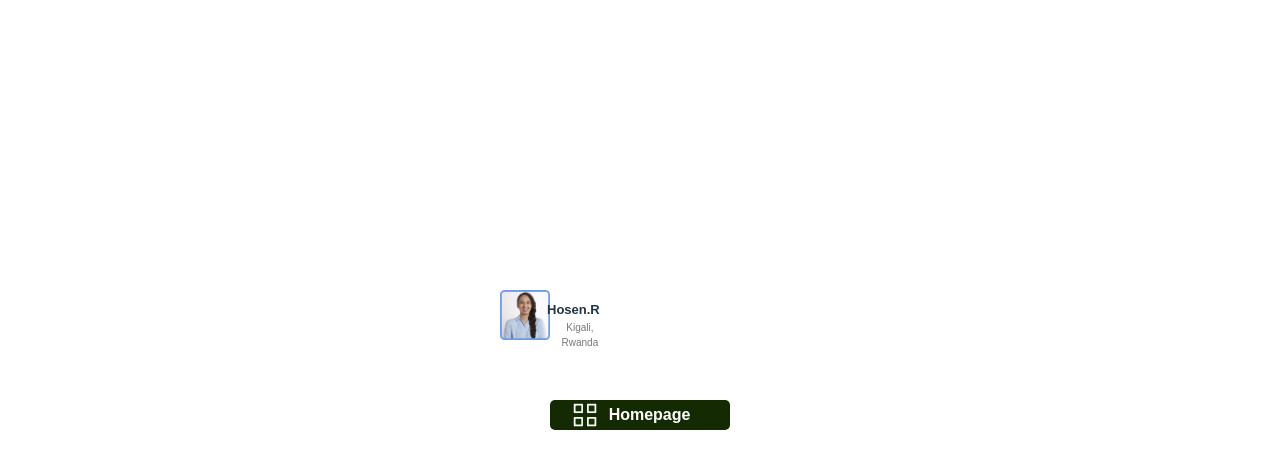
Repository: Auda-frontend/Kenshikeza
Page: /
An editor plug-in stored every save of this project. The page is shown before and after the next save, followed by the edit.
The browser window is 1280 px wide. The pictures show the whole page.
The project was rebuilt for these pictures with package versions that can differ from the ones it lists, and the page was loaded fresh each time. Also part of the build but not shown: vite.config.js.

Above is the page before, as saved 2024-01-25 09:47:02.

After the next save:
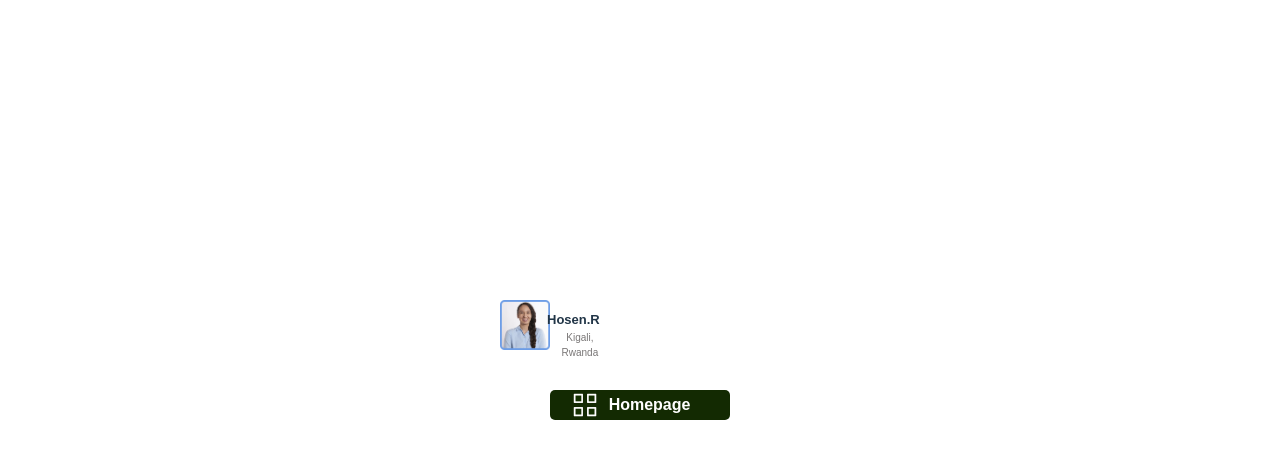
Saved 9 s later.
--- a/src/Components/SideBar.css
+++ b/src/Components/SideBar.css
@@ -12,7 +12,7 @@
     max-width: 25%;
     max-height: 100%;
     flex-direction: column;
-    gap: 50px;
+    gap: 30px;
 }
 .leftSide .profilePhoto{
     float: left;
